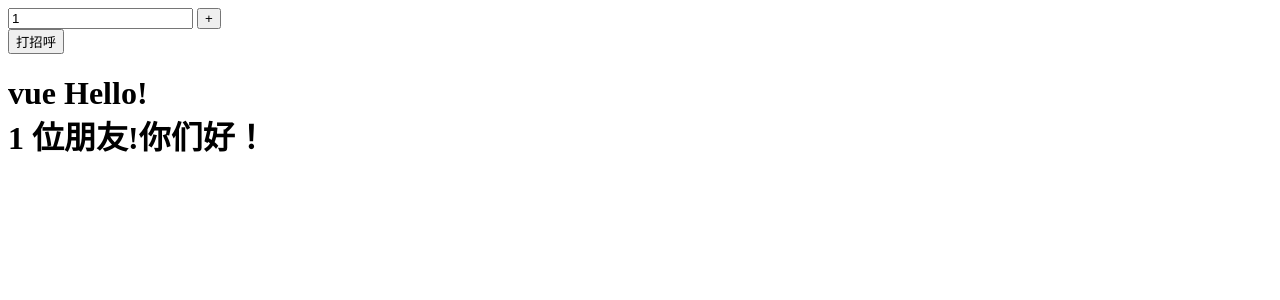
Repository: SOROoi/Web_front-end
Page: Web01_Vue/src/main/webapp/index.html
These files come from the project's save history. The page is drawn as it stood at one moment and after the next save; the edit follows.
The browser window is 1280 px wide. The pictures show the whole page.

Above is the page before, as saved 2020-07-11 08:46:13.

### Web01_Vue/src/main/webapp/index.html
<!DOCTYPE html>
<html>
<head>
<meta charset="UTF-8">
<title>Insert title here</title>
<script src="js/vue.js"></script>

</head>
<body>
	<div id="app">
		<input type="text" v-model="num" @click="num++">
		<button @click="num++">+</button>
		<br>
		<button @click="sayhi('大家都好！')">打招呼</button>
		<h1>
			{{name}} Hello! <br> <span v-text="num"></span> 位朋友!{{message}}
		</h1>
	</div>
</body>

<script>
	new Vue({
		el : "#app",
		data : {
			name : "vue",
			num : 1,
			message : "你们好！",
			word : "<h1>世界和平</h1>"
		},
		methods : {
			sayhi : function(msg) {
				this.message = msg;
			}
		},
		created : function() {
			console.log("Vue实例创建了");
		},
	});
</script>
</html>

Loaded but not shown: Web01_Vue/src/main/webapp/js/vue.js (library)

After the next save:
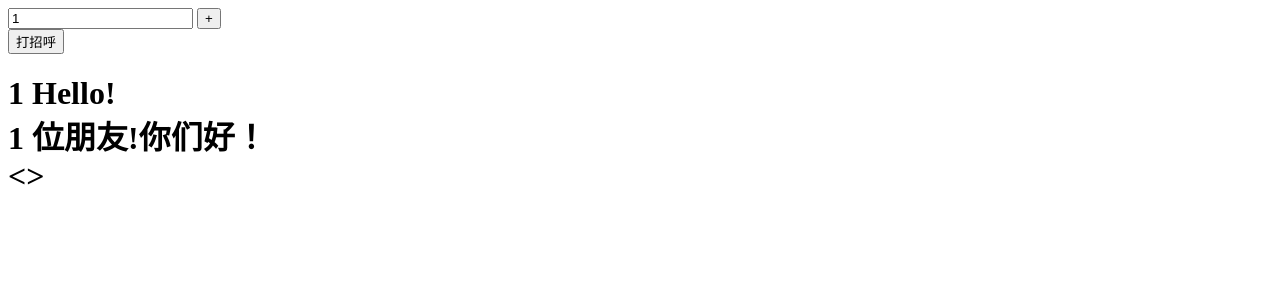
Saved 34 s later.
--- a/Web01_Vue/src/main/webapp/index.html
+++ b/Web01_Vue/src/main/webapp/index.html
@@ -13,7 +13,8 @@
 		<br>
 		<button @click="sayhi('大家都好！')">打招呼</button>
 		<h1>
-			{{name}} Hello! <br> <span v-text="num"></span> 位朋友!{{message}}
+			<span v-text="num"></span> Hello! <br> {{num}} 位朋友!{{message}}<br>
+			<>
 		</h1>
 	</div>
 </body>
